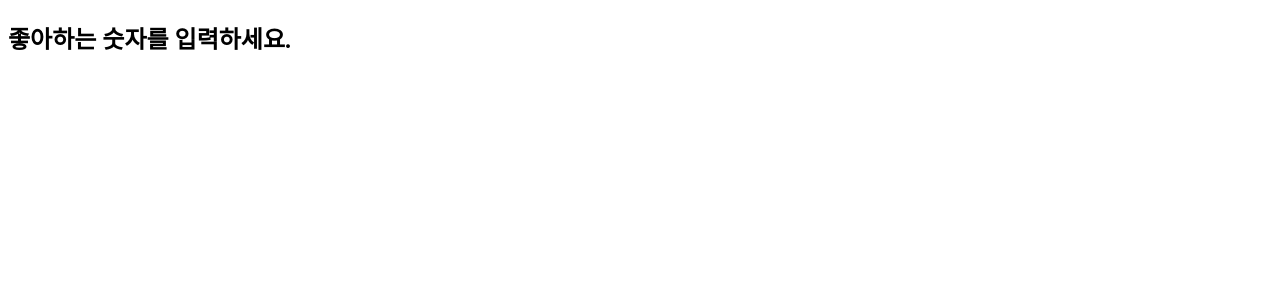
Repository: gugucon-hwan/ForStudyJSP
Page: http://localhost/StudyBasicJSP/ch10/ex10_03Form.jsp
An editor plug-in stored every save of this project. The page is shown before and after the next save, followed by the edit.
The browser window is 1280 px wide. The pictures show the whole page.
The page is served by Tomcat 9. Other server files are loaded and not shown.

Above is the page before, as saved 2020-08-19 02:02:55.

### StudyBasicJSP/WebContent/ch10/ex10_03Form.jsp
<%@ page language="java" contentType="text/html; charset=UTF-8"
    pageEncoding="UTF-8"%>
<!DOCTYPE html>
<html>
<head>
<meta charset="UTF-8">
<title>좋아하는 숫자 입력</title>
</head>
<body>
	<h2>좋아하는 숫자를 입력하세요.</h2>
	<form method="post" action="ex10_03Pro.jsp">

	</form>
</body>
</html>

After the next save:
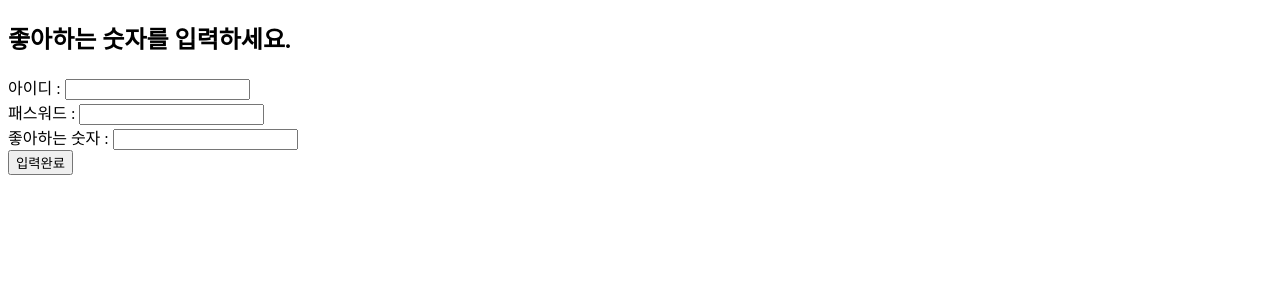
Saved 88 s later.
--- a/StudyBasicJSP/WebContent/ch10/ex10_03Form.jsp
+++ b/StudyBasicJSP/WebContent/ch10/ex10_03Form.jsp
@@ -9,7 +9,10 @@
 <body>
 	<h2>좋아하는 숫자를 입력하세요.</h2>
 	<form method="post" action="ex10_03Pro.jsp">
-
+		아이디 : <input type="text" name="id"><br>
+		패스워드 : <input type="password" name="passwd"> <br>
+		좋아하는 숫자 : <input type="text" name="number"> <br>
+		<input type="submit" value="입력완료">
 	</form>
 </body>
 </html>
